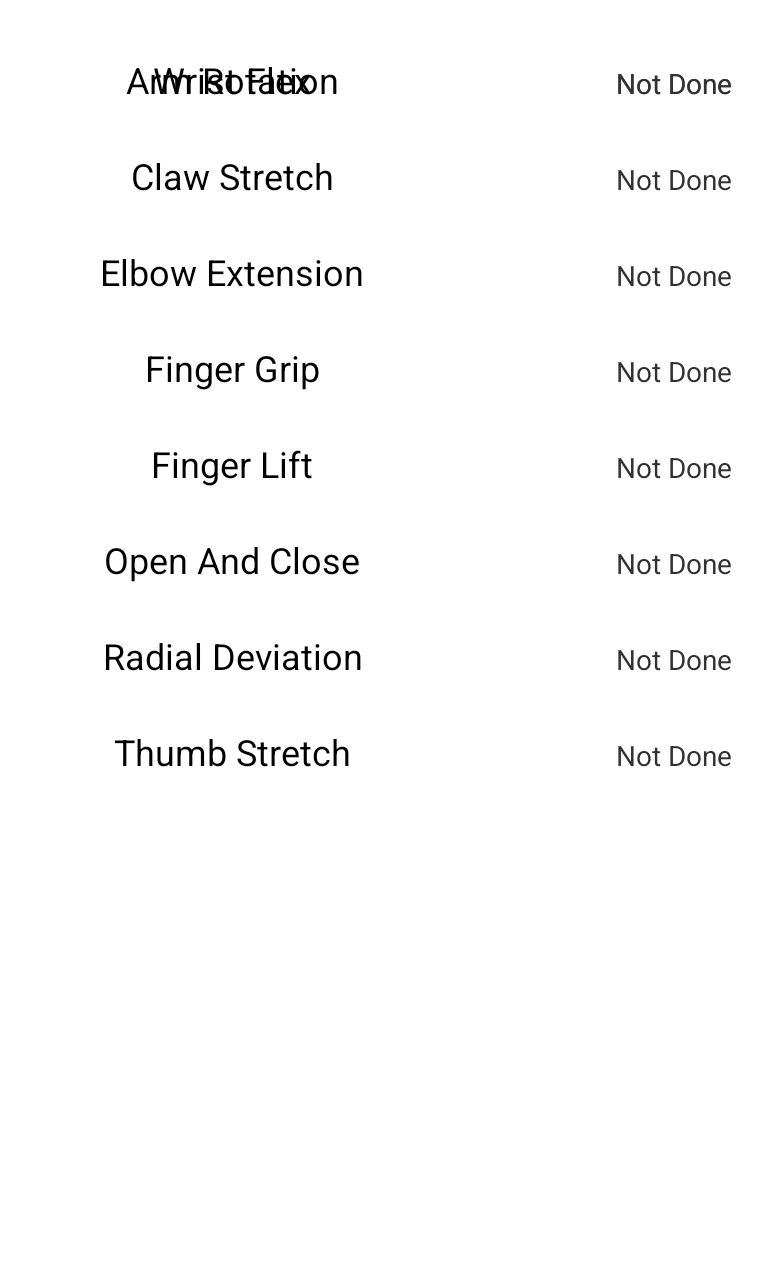
Repository: zi-yang-zhang/ECSE424-Group8
Layout: Hi Fi Prototype/ReHand/ReHand/res/layout/activity_details_page.xml
An editor plug-in stored every save of this project. The layout is shown before and after the next save, followed by the edit.
It is drawn on a 768 x 1280 px phone screen (xhdpi) without system bars, with theme AppTheme; the app's code is not run.

Above is the layout before, as saved 2014-02-20 02:44:03.

After the next save:
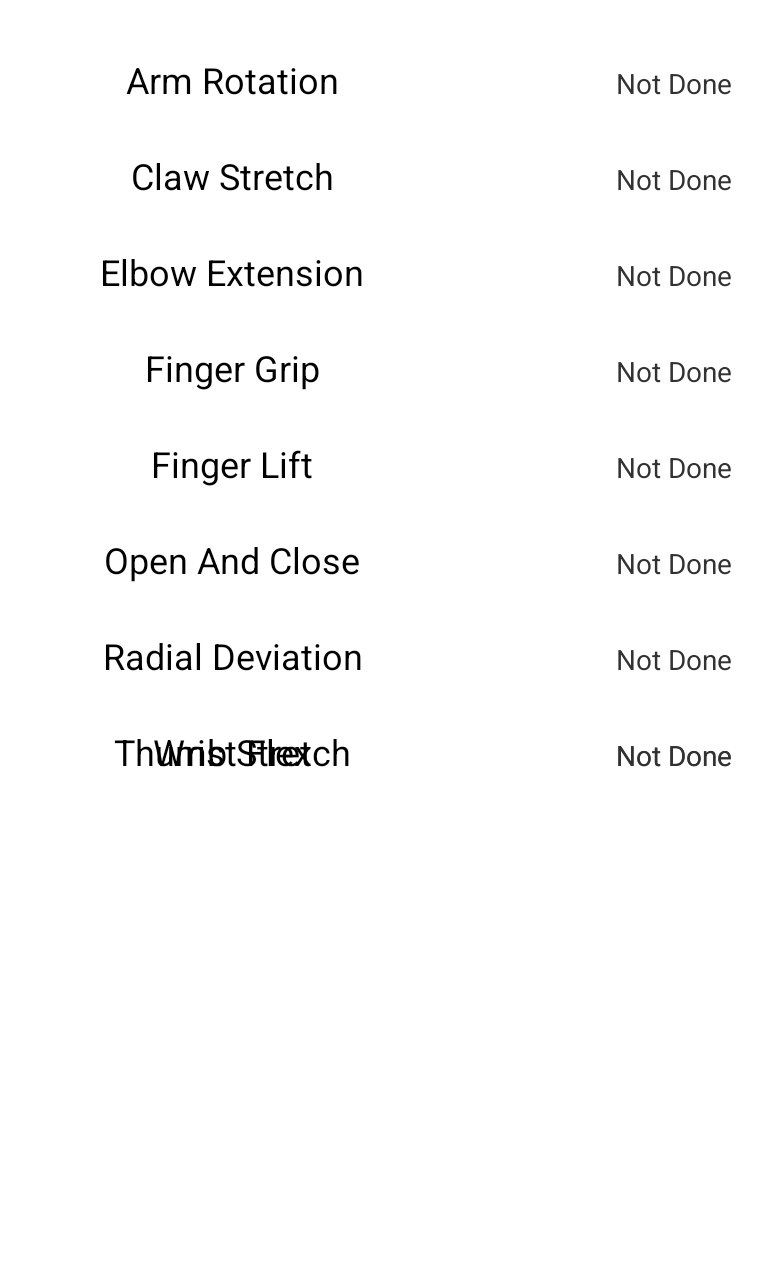
Saved 56 s later.
--- a/Hi Fi Prototype/ReHand/ReHand/res/layout/activity_details_page.xml
+++ b/Hi Fi Prototype/ReHand/ReHand/res/layout/activity_details_page.xml
@@ -13,6 +13,7 @@
         android:layout_width="200dp"
         android:layout_height="wrap_content"
         android:layout_alignleft="@+id/button7"
+        android:layout_below="@+id/button9"
         style="?android:attr/borderlessButtonStyle"
         android:text="@string/exercise_text_wrist_flex" />
 
